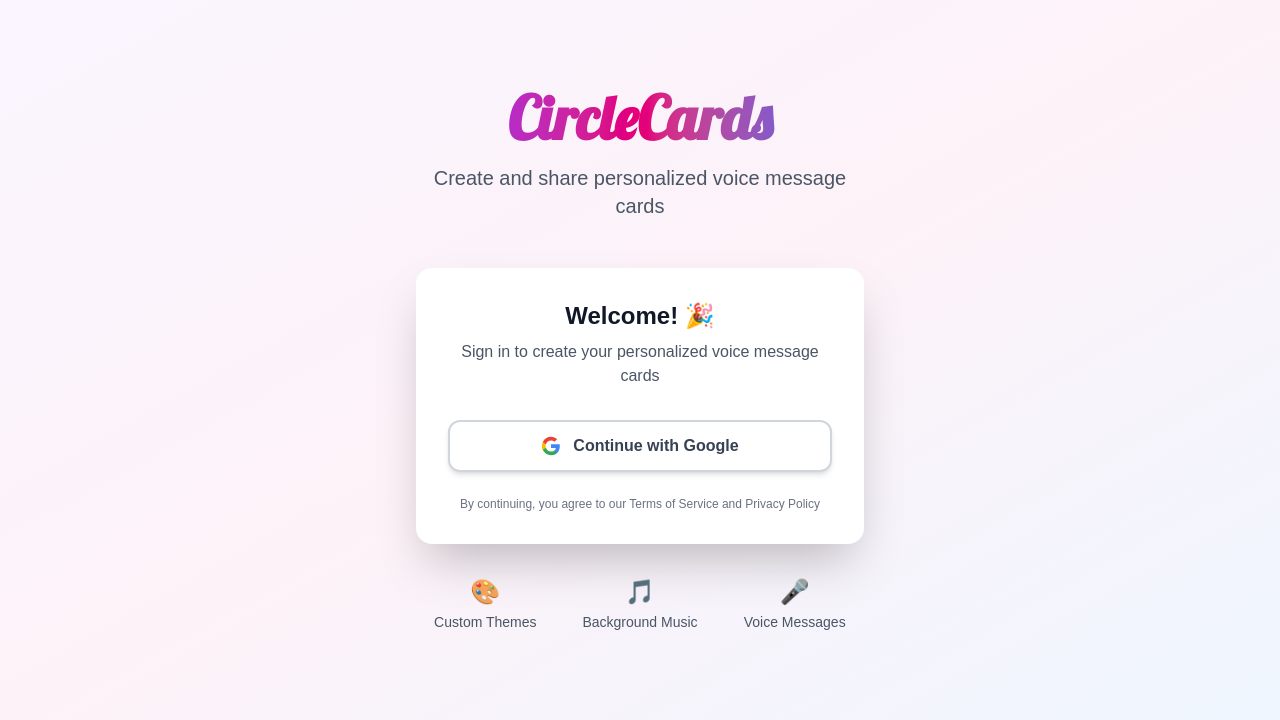
Repository: Aworminator/Birthday-Card-App
Page: /
The author's editor kept a copy of each file at every save. The page is drawn from the files as they stood at one save, then again after the next save.
The browser window is 1280 px wide. The pictures show the whole page.
The page's requests for data from a server got no answer. The project was rebuilt for these pictures with package versions that can differ from the ones it lists, and the page was loaded fresh each time. The framework's server and built-in components were replaced by stand-ins that run in the browser. No one was signed in, and anything a server would have sent is missing. Also part of the build but not shown: next.config.ts.

Above is the page before, as saved 2025-12-11 20:08:52.

### app/layout.tsx
import type { Metadata } from "next";
import { Geist, Geist_Mono, Lobster } from "next/font/google";
import "./globals.css";

const geistSans = Geist({
  variable: "--font-geist-sans",
  subsets: ["latin"],
});

const geistMono = Geist_Mono({
  variable: "--font-geist-mono",
  subsets: ["latin"],
});

const lobster = Lobster({
  weight: "400",
  variable: "--font-lobster",
  subsets: ["latin"],
});

export const metadata: Metadata = {
  title: "Create Next App",
  description: "Generated by create next app",
};

export default function RootLayout({
  children,
}: Readonly<{
  children: React.ReactNode;
}>) {
  return (
    <html lang="en">
      <body
        className={`${geistSans.variable} ${geistMono.variable} ${lobster.variable} antialiased`}
      >
        {children}
      </body>
    </html>
  );
}

### app/page.tsx
"use client";
import { useEffect, useState } from "react";
import { supabase } from "@/lib/supabase";
import { useRouter } from "next/navigation";

export default function WelcomePage() {
  const router = useRouter();
  const [loading, setLoading] = useState(true);

  useEffect(() => {
    // Check if user is already logged in
    checkUser();
  }, []);

  const checkUser = async () => {
    const {
      data: { session },
    } = await supabase.auth.getSession();
    if (session) {
      router.push("/dashboard");
    } else {
      setLoading(false);
    }
  };

  const handleGoogleLogin = async () => {
    const { error } = await supabase.auth.signInWithOAuth({
      provider: "google",
      options: {
        redirectTo: `${window.location.origin}/dashboard`,
      },
    });
    if (error) {
      console.error("Error logging in:", error);
      alert("Failed to log in. Please try again.");
    }
  };

  if (loading) {
    return (
      <main className="min-h-screen flex items-center justify-center bg-gradient-to-br from-purple-50 via-pink-50 to-blue-50">
        <div className="animate-spin rounded-full h-12 w-12 border-b-2 border-purple-500"></div>
      </main>
    );
  }

  return (
    <main className="min-h-screen flex items-center justify-center bg-gradient-to-br from-purple-50 via-pink-50 to-blue-50 p-4">
      <div className="max-w-md w-full">
        {/* Logo/Header */}
        <div className="text-center mb-12">
          <h1
            className="text-6xl font-bold mb-4 bg-gradient-to-r from-purple-600 via-pink-600 to-blue-600 bg-clip-text text-transparent"
            style={{
              fontFamily: '"Lobster", sans-serif',
            }}
          >
            CircleCards
          </h1>
          <p className="text-xl text-gray-600">
            Create and share personalized voice message cards
          </p>
        </div>

        {/* Welcome Card */}
        <div className="bg-white rounded-2xl shadow-2xl p-8">
          <h2 className="text-2xl font-bold text-gray-900 mb-2 text-center">
            Welcome! 🎉
          </h2>
          <p className="text-gray-600 mb-8 text-center">
            Sign in to create your personalized voice message cards
          </p>

          {/* Login Buttons */}
          <div className="space-y-4">
            <button
              onClick={handleGoogleLogin}
              className="w-full flex items-center justify-center gap-3 px-6 py-3 bg-white border-2 border-gray-300 text-gray-700 rounded-xl hover:bg-gray-50 hover:border-gray-400 transition-all shadow-md hover:shadow-lg font-semibold"
            >
              <svg className="w-5 h-5" viewBox="0 0 24 24">
                <path
                  fill="#4285F4"
                  d="M22.56 12.25c0-.78-.07-1.53-.2-2.25H12v4.26h5.92c-.26 1.37-1.04 2.53-2.21 3.31v2.77h3.57c2.08-1.92 3.28-4.74 3.28-8.09z"
                />
                <path
                  fill="#34A853"
                  d="M12 23c2.97 0 5.46-.98 7.28-2.66l-3.57-2.77c-.98.66-2.23 1.06-3.71 1.06-2.86 0-5.29-1.93-6.16-4.53H2.18v2.84C3.99 20.53 7.7 23 12 23z"
                />
                <path
                  fill="#FBBC05"
                  d="M5.84 14.09c-.22-.66-.35-1.36-.35-2.09s.13-1.43.35-2.09V7.07H2.18C1.43 8.55 1 10.22 1 12s.43 3.45 1.18 4.93l2.85-2.22.81-.62z"
                />
                <path
                  fill="#EA4335"
                  d="M12 5.38c1.62 0 3.06.56 4.21 1.64l3.15-3.15C17.45 2.09 14.97 1 12 1 7.7 1 3.99 3.47 2.18 7.07l3.66 2.84c.87-2.6 3.3-4.53 6.16-4.53z"
                />
              </svg>
              Continue with Google
            </button>
          </div>

          <p className="text-xs text-gray-500 text-center mt-6">
            By continuing, you agree to our Terms of Service and Privacy Policy
          </p>
        </div>

        {/* Features */}
        <div className="mt-8 text-center">
          <div className="grid grid-cols-3 gap-4 text-sm text-gray-600">
            <div>
              <div className="text-2xl mb-1">🎨</div>
              <div>Custom Themes</div>
            </div>
            <div>
              <div className="text-2xl mb-1">🎵</div>
              <div>Background Music</div>
            </div>
            <div>
              <div className="text-2xl mb-1">🎤</div>
              <div>Voice Messages</div>
            </div>
          </div>
        </div>
      </div>
    </main>
  );
}

### app/globals.css
@import "tailwindcss";

:root {
  --background: #ffffff;
  --foreground: #171717;
}

@theme inline {
  --color-background: var(--background);
  --color-foreground: var(--foreground);
  --font-sans: var(--font-geist-sans);
  --font-mono: var(--font-geist-mono);
}

@media (prefers-color-scheme: dark) {
  :root {
    --background: #0a0a0a;
    --foreground: #ededed;
  }
}

body {
  background: var(--background);
  color: var(--foreground);
  font-family: Arial, Helvetica, sans-serif;
}

/* Snowflake animation for Christmas background */
.snowflake {
  position: absolute;
  color: white;
  font-size: 1em;
  opacity: 0.8;
  animation-name: fall;
  animation-timing-function: linear;
  user-select: none;
}

@keyframes fall {
  0% {
    transform: translateY(-10vh);
    opacity: 0;
  }
  15% {
    opacity: 1;
  }
  100% {
    transform: translateY(110vh);
    opacity: 1;
  }
}

/* Balloon animation for Birthday background */
.balloon {
  position: absolute;
  bottom: -15vh;
  opacity: 0;
  animation-name: floatUp;
  animation-timing-function: ease-in;
  width: 60px;
  height: 80px;
  border-radius: 50% 50% 45% 45%;
  border: 2px solid rgba(0, 0, 0, 0.4);
  box-shadow: inset -10px -20px 30px rgba(255, 255, 255, 0.4);
  z-index: 1;
}

/* Knot under the balloon */
.balloon::after {
  content: "";
  position: absolute;
  bottom: -10px;
  left: 50%;
  width: 6px;
  height: 6px;
  background: inherit;
  border: 2px solid rgba(0, 0, 0, 0.4);
  border-radius: 20% 60% 60% 60%;
  transform: translateX(-50%) rotate(45deg);
  z-index: 0;
}

.balloon::before {
  content: "";
  position: absolute;
  bottom: -40px;
  left: 50%;
  width: 1px;
  height: 40px;
  background: rgba(0, 0, 0, 0.387);
  transform: translateX(-50%);
}

@keyframes floatUp {
  0% {
    transform: translateY(0);
    opacity: 0;
  }
  10% {
    opacity: 1;
  }
  100% {
    transform: translateY(-120vh);
    opacity: 0;
  }
}

### lib/supabase.ts
import { createClient } from "@supabase/supabase-js";

const supabaseUrl = process.env.NEXT_PUBLIC_SUPABASE_URL;
const supabaseAnonKey = process.env.NEXT_PUBLIC_SUPABASE_ANON_KEY;

if (!supabaseUrl || !supabaseAnonKey) {
  // Provide clear guidance during dev rather than crashing obscurely
  console.error(
    "Supabase env vars missing. Set NEXT_PUBLIC_SUPABASE_URL and NEXT_PUBLIC_SUPABASE_ANON_KEY in .env.local."
  );
  throw new Error("Supabase configuration missing.");
}

export const supabase = createClient(supabaseUrl, supabaseAnonKey);

export type BirthdayCard = {
  id: string;
  name: string;
  image_url: string;
  audio_url: string;
  project_id: string;
  user_id: string;
  created_at: string;
  updated_at: string;
};

export type Project = {
  id: string;
  user_id: string;
  name: string;
  theme: "birthday" | "christmas" | "neutral";
  header_text: string;
  custom_music_url: string | null;
  use_default_music: boolean;
  automatic_mode: boolean;
  created_at: string;
  updated_at: string;
};

export type ShareSession = {
  id: string;
  share_id: string;
  project_id: string;
  created_at: string;
};

After the next save:
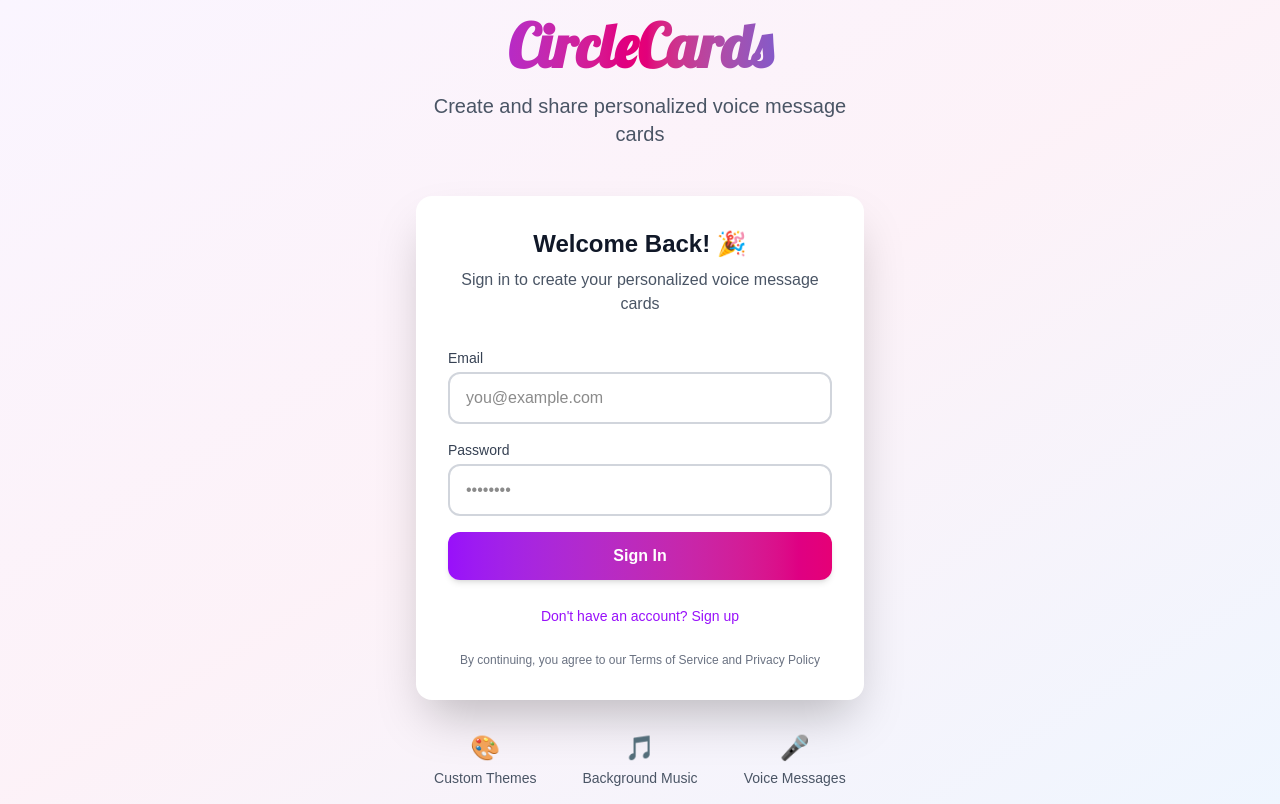
Saved 3 min 30 s later.
--- a/app/page.tsx
+++ b/app/page.tsx
@@ -6,6 +6,10 @@ import { useRouter } from "next/navigation";
 export default function WelcomePage() {
   const router = useRouter();
   const [loading, setLoading] = useState(true);
+  const [isSignUp, setIsSignUp] = useState(false);
+  const [email, setEmail] = useState("");
+  const [password, setPassword] = useState("");
+  const [authLoading, setAuthLoading] = useState(false);
 
   useEffect(() => {
     // Check if user is already logged in
@@ -23,16 +27,34 @@ export default function WelcomePage() {
     }
   };
 
-  const handleGoogleLogin = async () => {
-    const { error } = await supabase.auth.signInWithOAuth({
-      provider: "google",
-      options: {
-        redirectTo: `${window.location.origin}/dashboard`,
-      },
-    });
-    if (error) {
-      console.error("Error logging in:", error);
-      alert("Failed to log in. Please try again.");
+  const handleEmailAuth = async (e: React.FormEvent) => {
+    e.preventDefault();
+    setAuthLoading(true);
+
+    try {
+      if (isSignUp) {
+        const { error } = await supabase.auth.signUp({
+          email,
+          password,
+          options: {
+            emailRedirectTo: `${window.location.origin}/dashboard`,
+          },
+        });
+        if (error) throw error;
+        alert("Check your email for the confirmation link!");
+      } else {
+        const { error } = await supabase.auth.signInWithPassword({
+          email,
+          password,
+        });
+        if (error) throw error;
+        router.push("/dashboard");
+      }
+    } catch (error: any) {
+      console.error("Error:", error);
+      alert(error.message || "Authentication failed. Please try again.");
+    } finally {
+      setAuthLoading(false);
     }
   };
 
@@ -65,37 +87,72 @@ export default function WelcomePage() {
         {/* Welcome Card */}
         <div className="bg-white rounded-2xl shadow-2xl p-8">
           <h2 className="text-2xl font-bold text-gray-900 mb-2 text-center">
-            Welcome! 🎉
+            {isSignUp ? "Create Account" : "Welcome Back!"} 🎉
           </h2>
           <p className="text-gray-600 mb-8 text-center">
-            Sign in to create your personalized voice message cards
+            {isSignUp
+              ? "Sign up to start creating voice message cards"
+              : "Sign in to create your personalized voice message cards"}
           </p>
 
-          {/* Login Buttons */}
-          <div className="space-y-4">
+          {/* Email/Password Form */}
+          <form onSubmit={handleEmailAuth} className="space-y-4">
+            <div>
+              <label
+                htmlFor="email"
+                className="block text-sm font-medium text-gray-700 mb-1"
+              >
+                Email
+              </label>
+              <input
+                id="email"
+                type="email"
+                value={email}
+                onChange={(e) => setEmail(e.target.value)}
+                required
+                className="w-full px-4 py-3 border-2 border-gray-300 rounded-xl focus:border-purple-500 focus:outline-none transition-colors"
+                placeholder="you@example.com"
+              />
+            </div>
+            <div>
+              <label
+                htmlFor="password"
+                className="block text-sm font-medium text-gray-700 mb-1"
+              >
+                Password
+              </label>
+              <input
+                id="password"
+                type="password"
+                value={password}
+                onChange={(e) => setPassword(e.target.value)}
+                required
+                minLength={6}
+                className="w-full px-4 py-3 border-2 border-gray-300 rounded-xl focus:border-purple-500 focus:outline-none transition-colors"
+                placeholder="••••••••"
+              />
+            </div>
             <button
-              onClick={handleGoogleLogin}
-              className="w-full flex items-center justify-center gap-3 px-6 py-3 bg-white border-2 border-gray-300 text-gray-700 rounded-xl hover:bg-gray-50 hover:border-gray-400 transition-all shadow-md hover:shadow-lg font-semibold"
+              type="submit"
+              disabled={authLoading}
+              className="w-full px-6 py-3 bg-gradient-to-r from-purple-600 to-pink-600 text-white rounded-xl hover:from-purple-700 hover:to-pink-700 transition-all shadow-md hover:shadow-lg font-semibold disabled:opacity-50 disabled:cursor-not-allowed"
             >
-              <svg className="w-5 h-5" viewBox="0 0 24 24">
-                <path
-                  fill="#4285F4"
-                  d="M22.56 12.25c0-.78-.07-1.53-.2-2.25H12v4.26h5.92c-.26 1.37-1.04 2.53-2.21 3.31v2.77h3.57c2.08-1.92 3.28-4.74 3.28-8.09z"
-                />
-                <path
-                  fill="#34A853"
-                  d="M12 23c2.97 0 5.46-.98 7.28-2.66l-3.57-2.77c-.98.66-2.23 1.06-3.71 1.06-2.86 0-5.29-1.93-6.16-4.53H2.18v2.84C3.99 20.53 7.7 23 12 23z"
-                />
-                <path
-                  fill="#FBBC05"
-                  d="M5.84 14.09c-.22-.66-.35-1.36-.35-2.09s.13-1.43.35-2.09V7.07H2.18C1.43 8.55 1 10.22 1 12s.43 3.45 1.18 4.93l2.85-2.22.81-.62z"
-                />
-                <path
-                  fill="#EA4335"
-                  d="M12 5.38c1.62 0 3.06.56 4.21 1.64l3.15-3.15C17.45 2.09 14.97 1 12 1 7.7 1 3.99 3.47 2.18 7.07l3.66 2.84c.87-2.6 3.3-4.53 6.16-4.53z"
-                />
-              </svg>
-              Continue with Google
+              {authLoading
+                ? "Loading..."
+                : isSignUp
+                  ? "Sign Up"
+                  : "Sign In"}
+            </button>
+          </form>
+
+          <div className="mt-6 text-center">
+            <button
+              onClick={() => setIsSignUp(!isSignUp)}
+              className="text-sm text-purple-600 hover:text-purple-700 font-medium"
+            >
+              {isSignUp
+                ? "Already have an account? Sign in"
+                : "Don't have an account? Sign up"}
             </button>
           </div>
 
